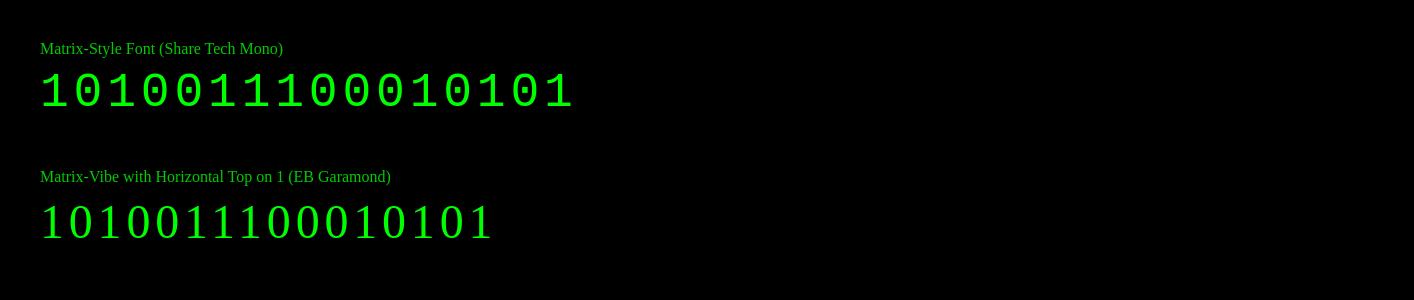
Repository: arturr0/render-portfolio
Page: font3.html
The author's editor kept a copy of each file at every save. The page is drawn from the files as they stood at one save, then again after the next save.
The browser window is 1280 px wide. The page is 1280 px wide, then 1414 px, so the pictures cover 1414 px, including what lies to the right of the window. The pictures show the whole page.
Some web fonts or font styles are not loaded; a fallback is used.

Above is the page before, as saved 2025-04-18 10:14:31.

After the next save:
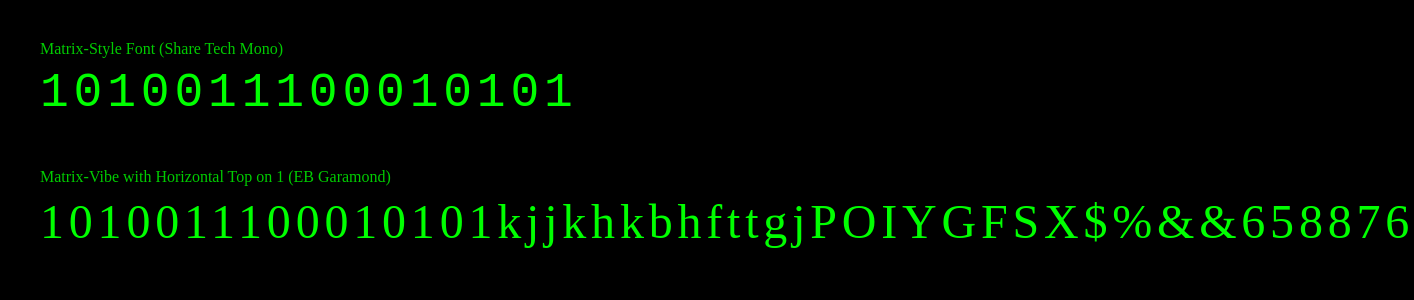
Saved 45 s later.
--- a/font3.html
+++ b/font3.html
@@ -43,7 +43,7 @@
 
   <div class="container">
     <div class="label">Matrix-Vibe with Horizontal Top on 1 (EB Garamond)</div>
-    <div class="serif">1010011100010101</div>
+    <div class="serif">1010011100010101kjjkhkbhfttgjPOIYGFSX$%&&658876</div>
   </div>
 
 </body>
